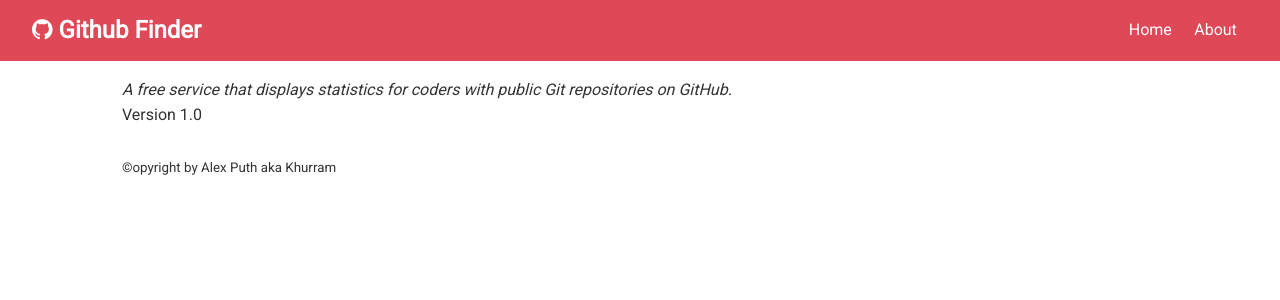
Repository: Abbaskhurram255/github-finder
Page: /about
The author's editor kept a copy of each file at every save. The page is drawn from the files as they stood at one save, then again after the next save.
The browser window is 1280 px wide. The pictures show the whole page.
The page's requests for data from a server got no answer. The project was rebuilt for these pictures with package versions that can differ from the ones it lists, and the page was loaded fresh each time. No one was signed in, and anything a server would have sent is missing. Also part of the build but not shown: src/components/repos/RepoItem.js, src/components/repos/Repos.js, src/components/users/User.js, src/components/layout/Alert.js, src/components/users/Search.js, src/components/users/UserItem.js, src/components/users/Users.js, src/components/pages/Home.js and 1 more. Imported but missing from the stored project, and not drawn on this page: src/components/layout/Spinner.

Above is the page before, as saved 2020-12-19 22:18:19.

### public/index.html
<!DOCTYPE html>
<html lang="en">
  <head>
    <meta charset="utf-8" />
    <link rel="icon" href="%PUBLIC_URL%/favicon.ico" />
    <meta name="viewport" content="width=device-width, initial-scale=1" />
    <meta name="theme-color" content="#000000" />
    <meta
      name="description"
      content="Web site created using create-react-app"
    />
    <link rel="apple-touch-icon" href="%PUBLIC_URL%/logo192.png" />
    <link rel="manifest" href="%PUBLIC_URL%/manifest.json" />
    <link
      href="https://stackpath.bootstrapcdn.com/font-awesome/4.7.0/css/font-awesome.min.css"
      rel="stylesheet"
      integrity="sha384-wvfXpqpZZVQGK6TAh5PVlGOfQNHSoD2xbE+QkPxCAFlNEevoEH3Sl0sibVcOQVnN"
      crossorigin="anonymous"
    />
    <title>GitHub Finder</title>
  </head>
  <body>
    <noscript>You need to enable JavaScript to run this app.</noscript>
    <div id="root"></div>
  </body>
</html>

### src/App.js
import React, { useState } from 'react';
import { BrowserRouter as Router, Switch, Route } from 'react-router-dom';
import Navbar from './components/layout/Navbar';
import User from './components/users/User';
import Alert from './components/layout/Alert';
import Home from './components/pages/Home';
import NotFound from './components/pages/NotFound';
import About from './components/pages/About';

import GithubState from './context/github/GithubState';
import AlertState from './context/alert/AlertState';

import './App.css';

const App = () => {
  useState(null);

  return (
    <GithubState>
      <AlertState>
        <Router>
          <div className="app">
            <Navbar title="Github Finder" icon="fa fa-github" />
            <div className="container">
              <Alert />
              <Switch>
                <Route exact path="/" component={Home} />
                <Route exact path="/about" component={About} />
                <Route exact path="/user/:login" component={User} />
                <Route component={NotFound} />
              </Switch>
            </div>
          </div>
        </Router>
      </AlertState>
    </GithubState>
  );
};

export default App;

### src/components/layout/Navbar.js
import React from 'react';
import PropTypes from 'prop-types';
import { Link } from 'react-router-dom';

const Navbar = ({ icon, title }) => {
  return (
    <nav className="navbar bg-primary">
      <h1>
        <i className={icon} aria-hidden="true"></i> {title}
      </h1>
      <ul>
        <li>
          <Link to="/">Home</Link>
        </li>
        <li>
          <Link to="/about">About</Link>
        </li>
      </ul>
    </nav>
  );
};

Navbar.defaultProps = {
  title: 'Github Finder',
  icon: 'fa fa-github'
};

Navbar.propTypes = {
  title: PropTypes.string.isRequired,
  icon: PropTypes.string.isRequired
};

export default Navbar;

### src/components/pages/About.js
import React, { Fragment } from 'react';

const About = () => {
  return (
    <Fragment>
      <em>A free service that displays statistics for coders with public Git repositories on GitHub.</em><br /><p>Version 1.0</p><br />
      <small id='ab'>&copy;opyright by Alex Puth aka Khurram</small>
    </Fragment>
  );
};

export default About;

### src/context/github/GithubState.js
import React, { useReducer } from 'react';
import axios from 'axios';
import GithubContext from './githubContext';
import GithubReducer from './githubReducer';
import {
  SEARCH_USERS,
  SET_LOADING,
  CLEAR_USERS,
  GET_USER,
  GET_REPOS
} from '../types';

let githubClientId;
let githubClientSecret;

if (process.env.NODE_ENV !== 'production') {
  githubClientId = process.env.REACT_APP_GITHUB_CLIENT_ID;
  githubClientSecret = process.REACT_APP_GITHUB_CLIENT_SECRET;
} else {
  githubClientId = process.env.GITHUB_CLIENT_ID;
  githubClientSecret = process.GITHUB_CLIENT_SECRET;
}

const GithubState = props => {
  const initialState = {
    users: [],
    user: {},
    repos: [],
    loading: false
  };

  const [state, dispatch] = useReducer(GithubReducer, initialState);
  // Search Users
  const searchUsers = async text => {
    setLoading();

    const res = await axios.get(
      `https://api.github.com/search/users?q=${text}&client_id=${githubClientId}&client_secret=${githubClientSecret})`
    );

    dispatch({
      type: SEARCH_USERS,
      payload: res.data.items
    });
  };

  // Get User
  const getUser = async username => {
    setLoading();

    const res = await axios.get(
      `https://api.github.com/users/${username}?client_id=${githubClientId}&client_secret=${githubClientSecret})`
    );

    dispatch({
      type: GET_USER,
      payload: res.data
    });
  };

  // Get Repos
  const getUserRepos = async username => {
    setLoading();

    const res = await axios.get(
      `https://api.github.com/users/${username}/repos?per_page=5&sort=created:asc&client_id=${githubClientId}&client_secret=${githubClientSecret})`
    );

    dispatch({
      type: GET_REPOS,
      payload: res.data
    });
  };

  // Clear Users
  const clearUsers = () =>
    dispatch({
      type: CLEAR_USERS
    });

  // Set Loading
  const setLoading = () => dispatch({ type: SET_LOADING });

  return (
    <GithubContext.Provider
      value={{
        users: state.users,
        user: state.user,
        repos: state.repos,
        loading: state.loading,
        searchUsers,
        clearUsers,
        getUser,
        getUserRepos
      }}
    >
      {props.children}
    </GithubContext.Provider>
  );
};

export default GithubState;

### src/context/alert/AlertState.js
import React, { useReducer } from 'react';

import AlertContext from './alertContext';
import AlertReducer from './alertReducer';
import { SET_ALERT, REMOVE_ALERT } from '../types';

const AlertState = props => {
  const initialState = null;

  const [state, dispatch] = useReducer(AlertReducer, initialState);

  // Set Alert
  const setAlert = (msg, type) => {
    dispatch({
      type: SET_ALERT,
      payload: { msg, type }
    });

    setTimeout(() => dispatch({ type: REMOVE_ALERT }), 5000);
  };

  return (
    <AlertContext.Provider
      value={{
        alert: state,
        setAlert
      }}
    >
      {props.children}
    </AlertContext.Provider>
  );
};

export default AlertState;

### src/context/github/githubReducer.js
import {
  SEARCH_USERS,
  SET_LOADING,
  CLEAR_USERS,
  GET_USER,
  GET_REPOS
} from '../types';

export default (state, action) => {
  switch (action.type) {
    case SEARCH_USERS:
      return {
        ...state,
        users: action.payload,
        loading: false
      };
    case GET_USER:
      return {
        ...state,
        user: action.payload,
        loading: false
      };
    case CLEAR_USERS:
      return {
        ...state,
        users: [],
        loading: false
      };
    case GET_REPOS:
      return {
        ...state,
        repos: action.payload,
        loading: false
      };
    case SET_LOADING:
      return {
        ...state,
        loading: true
      };
    default:
      return state;
  }
};

Loaded but not shown: src/index.js (common file); src/App.css (common file); src/context/github/githubContext.js (common file); src/context/alert/alertContext.js (common file); src/context/types.js (common file); src/context/alert/alertReducer.js (common file)

After the next save:
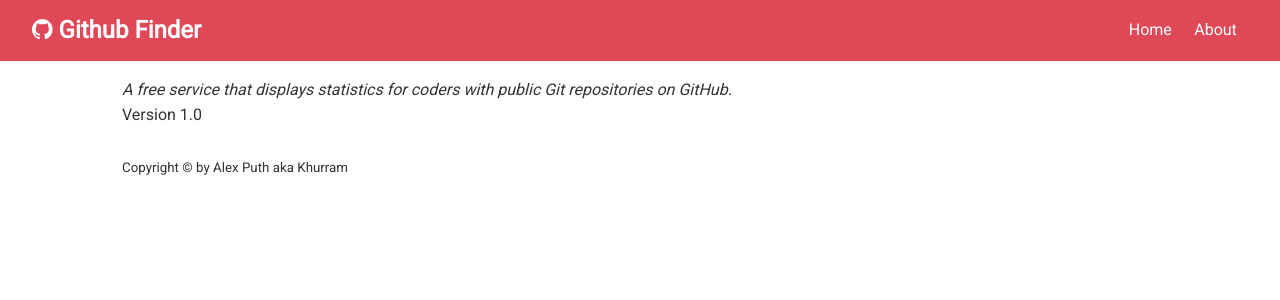
Saved 22 min 56 s later.
--- a/src/components/pages/About.js
+++ b/src/components/pages/About.js
@@ -4,7 +4,7 @@
   return (
     <Fragment>
       <em>A free service that displays statistics for coders with public Git repositories on GitHub.</em><br /><p>Version 1.0</p><br />
-      <small id='ab'>&copy;opyright by Alex Puth aka Khurram</small>
+      <small id='ab'>Copyright &copy; by Alex Puth aka Khurram</small>
     </Fragment>
   );
 };
